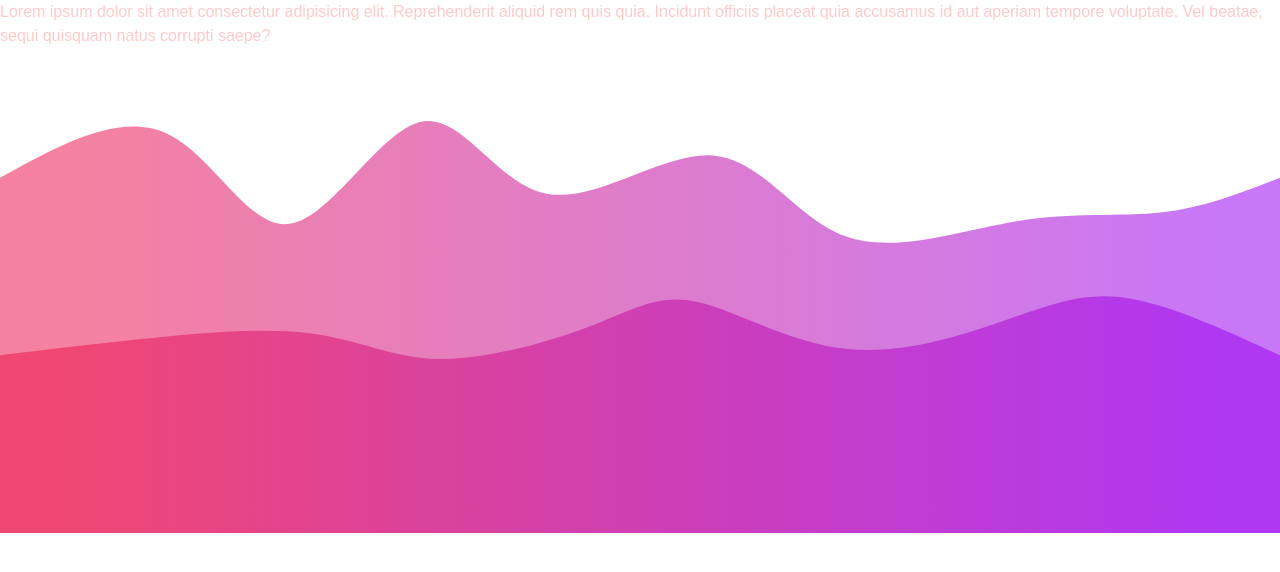
Repository: evergreenx/dictionary-octo
Page: /
An editor plug-in stored every save of this project. The page is shown before and after the next save, followed by the edit.
The browser window is 1280 px wide. The pictures show the whole page.
The project was rebuilt for these pictures with package versions that can differ from the ones it lists, and the page was loaded fresh each time. The framework's server and built-in components were replaced by stand-ins that run in the browser. Also part of the build but not shown: next.config.js.

Above is the page before, as saved 2022-04-30 14:41:28.

### pages/index.js
import Head from "next/head";
import Image from "next/image";
import bgimage from "../public/bg.svg";

export default function Home() {
  return (
    <div >
      <Head>
        <title>Create Next App</title>
        <meta name="description" content="Generated by create next app" />
        <link rel="icon" href="/favicon.ico" />
      </Head>

      <main className="text-red-200">

        Lorem ipsum dolor sit amet consectetur adipisicing elit. Reprehenderit aliquid rem quis quia. Incidunt officiis placeat quia accusamus id aut aperiam tempore voluptate. Vel beatae, sequi quisquam natus corrupti saepe?
      </main>
    </div>
  );
}

### styles/globals.css
@tailwind base;
@tailwind components;
@tailwind utilities;

@import url("https://fonts.googleapis.com/css2?family=Quicksand&display=swap");

html,
body {
  padding: 0;
  margin: 0;
  font-family: "Quicksand", sans-serif;
  background-image: url("../public/bg.svg");
  background-repeat: no-repeat;
  background-size: cover;

}

a {
  color: inherit;
  text-decoration: none;
}

* {
  box-sizing: border-box;
}

Loaded but not shown: pages/_app.js (common file); tailwind.config.js (common file)

After the next save:
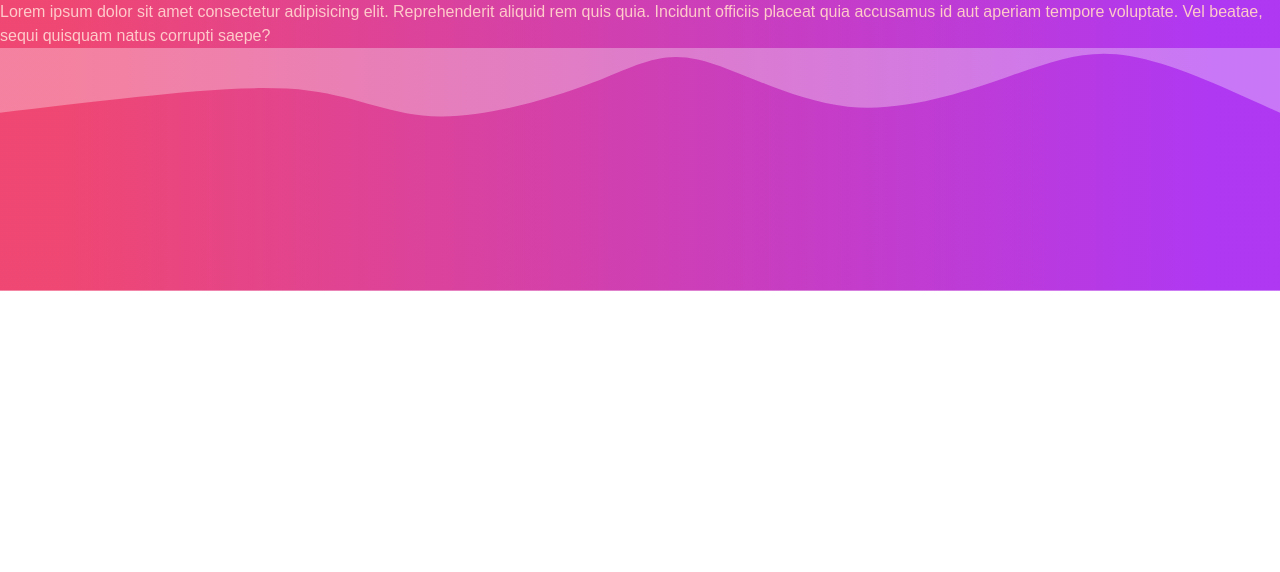
Saved 16 s later.
--- a/styles/globals.css
+++ b/styles/globals.css
@@ -12,7 +12,7 @@ body {
   background-image: url("../public/bg.svg");
   background-repeat: no-repeat;
   background-size: cover;
-
+  background-position: center;
 }
 
 a {
